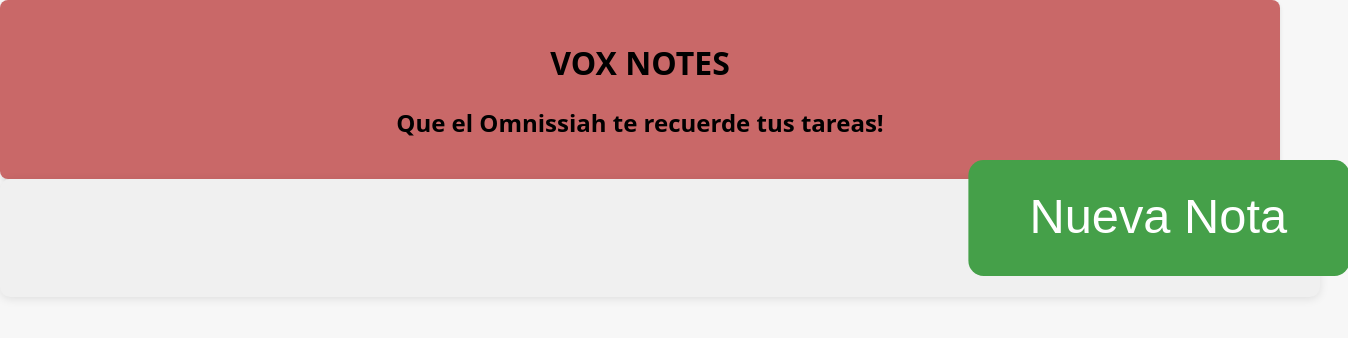
Repository: xunxuno/aplicacion_web_notas
Page: / (app in notas_web_app/)
An editor plug-in stored every save of this project. The page is shown before and after the next save, followed by the edit.
The browser window is 1280 px wide. The page is 1348 px wide, then 1320 px, so the pictures cover 1348 px, including what lies to the right of the window. The pictures show the whole page.
The pointer rests on the first visible `.add-note-button`.
The project was rebuilt for these pictures with package versions that can differ from the ones it lists, and the page was loaded fresh each time. Also part of the build but not shown: notas_web_app/vite.config.ts, notas_web_app/src/components/Note.tsx, notas_web_app/src/components/NoteCollection.tsx, notas_web_app/src/components/NoteModal.tsx.

Above is the page before, as saved 2024-10-03 12:42:16.

### notas_web_app/src/main.tsx
import React from 'react';
import ReactDOM from 'react-dom/client'; // Cambiado a ReactDOM para el nuevo root API
import App from './App';
import { NotesProvider } from './contexts/NotesContext';
import './styles.css';

ReactDOM.createRoot(document.getElementById('root')!).render(
  <React.StrictMode>
    <NotesProvider>
      <App />
    </NotesProvider>
  </React.StrictMode>,
);

### notas_web_app/src/App.tsx
// src/App.tsx
import React, { useState, useContext, useEffect } from 'react';
import { NotesProvider, NotesContext } from './contexts/NotesContext';
import NoteCollection from './components/NoteCollection';
import NoteModal from './components/NoteModal';
import './styles.css';
import AppBar from './components/AppBar';
import { DndProvider } from 'react-dnd';
import { HTML5Backend } from 'react-dnd-html5-backend';

interface Note {
  id: string;
  title: string;
  content: string;
  collectionId: string;
}

interface NoteCollectionInterface {
  id: string;
  notes: Note[];
}

const App: React.FC = () => {
  const [isModalOpen, setModalOpen] = useState(false);
  const [activeCollectionId, setActiveCollectionId] = useState<string | null>(null);
  const { state, dispatch } = useContext(NotesContext);

  useEffect(() => {
    console.log("Actualización de colecciones:");
    state.collections.forEach((collection: NoteCollectionInterface) => {
      console.log(`Notas en la colección ${collection.id}:`);
      collection.notes.forEach((n: Note) => {
        console.log(`Nota ID: ${n.id}, Título: ${n.title}, Contenido: ${n.content}`);
      });
    });
  }, [state.collections]);

  const handleAddNote = (note: Omit<Note, 'id'>) => {
    // Usa el ID de colección disponible en el estado
    const collectionIdToUse = state.nextCollectionId.toString();

    // Crea la nota con el ID de colección y luego incrementa el siguiente ID
    dispatch({
      type: 'ADD_NOTE',
      payload: { collectionId: collectionIdToUse, note },
    });

    // Incrementa el ID de colección para la próxima nota
    dispatch({ type: 'INCREMENT_COLLECTION_ID' });

    setModalOpen(false);
  };

  const handleOpenModal = () => {
    if (state.collections.length === 0) {
      setActiveCollectionId(null);
    } else {
      setActiveCollectionId(state.collections[0].id);
    }
    setModalOpen(true);
  };

  return (
    <NotesProvider>
      <DndProvider backend={HTML5Backend}>
        <AppBar />
        <div className="app-container">
          <div className="button-container">
            <button className="add-note-button" onClick={handleOpenModal}>
              Nueva Nota
            </button>
          </div>

          <div className="collections-container">
            {state.collections.map((collection: NoteCollectionInterface) => (
              <NoteCollection
                key={collection.id}
                collection={collection}
                onNoteClick={(noteId) => {
                  console.log("Nota ID:", noteId);
                }}
                onCollectionClick={() => setActiveCollectionId(collection.id)}
                onNoteMove={(noteId, targetCollectionId) => {
                  dispatch({ type: 'MOVE_NOTE', payload: { noteId, targetCollectionId } });
                }}
                onDelete={(noteId) => {
                  dispatch({ type: 'DELETE_NOTE', payload: { noteId } });
                }}
              />
            ))}
          </div>

          {isModalOpen && (
            <NoteModal
              onClose={() => setModalOpen(false)}
              onAddNote={handleAddNote}
              activeCollectionId={activeCollectionId!}
            />
          )}
        </div>
      </DndProvider>
    </NotesProvider>
  );
};

export default App;

### notas_web_app/src/contexts/NotesContext.tsx
import React, { createContext, useReducer, ReactNode } from 'react';

interface Note {
  id: string;
  title: string;
  content: string;
}


interface NoteCollectionInterface {
  id: string; // ID de la colección, generado de manera secuencial
  notes: Note[]; // Lista de notas en la colección
}

interface NotesState {
  collections: NoteCollectionInterface[];
  nextNoteId: number; // Para los IDs de las notas
  nextCollectionId: number; // Para los IDs de las colecciones
}



interface AddNoteAction {
  type: 'ADD_NOTE';
  payload: {
    collectionId: string;
    note: Note;
  };
}

interface DeleteNoteAction {
  type: 'DELETE_NOTE';
  payload: {
    collectionId: string;
    noteId: string;
  };
}

interface MoveNoteAction {
  type: 'MOVE_NOTE';
  payload: {
    noteId: string;
    targetCollectionId: string;
  };
}
type NotesAction = AddNoteAction | DeleteNoteAction | MoveNoteAction;

const initialState: NotesState = {
  collections: [],
  nextNoteId: 1, // Empieza desde 1 para el ID de notas
  nextCollectionId: 1, // Empieza desde 1 para el ID de colecciones
};



const NotesContext = createContext<any>(null);

// Reducer para manejar las acciones
const notesReducer = (state: NotesState, action: NotesAction): NotesState => {
  switch (action.type) {
    case 'ADD_NOTE':
      const newNoteId = state.nextNoteId; // ID de la nueva nota
      const collectionId = action.payload.collectionId || state.nextCollectionId.toString();

      // Verificar si la colección ya existe
      const collectionExists = state.collections.some(collection => collection.id === collectionId);

      const updatedCollections = collectionExists
        ? state.collections.map(collection => {
            if (collection.id === collectionId) {
              const newNote = {
                ...action.payload.note,
                id: newNoteId.toString(), // Asigna el nuevo ID a la nota
              };
              return {
                ...collection,
                notes: [...collection.notes, newNote],
              };
            }
            return collection;
          })
        : [
            ...state.collections,
            {
              id: state.nextCollectionId.toString(), // Crea una nueva colección con ID secuencial
              notes: [
                {
                  ...action.payload.note,
                  id: newNoteId.toString(), // Asigna el nuevo ID a la nota
                  collectionId: state.nextCollectionId.toString(), // Asigna el ID de colección a la nota
                },
              ],
            },
          ];

      return {
        ...state,
        collections: updatedCollections,
        nextNoteId: state.nextNoteId + 1, // Incrementa el ID de la nota
        nextCollectionId: state.nextCollectionId + 1, // Incrementa el ID de la colección para la próxima
      };
    case 'DELETE_NOTE':
      return {
        ...state,
        collections: state.collections.map(collection => ({
          ...collection,
          notes: collection.notes.filter(note => note.id !== action.payload.noteId),
        })),
      };
      case 'MOVE_NOTE': {
        const { noteId, targetCollectionId } = action.payload;

        const sourceCollection = state.collections.find((collection) =>
          collection.notes.find((note) => note.id === noteId)
        );

        if (sourceCollection) {
          // Remover la nota de la colección de origen
          sourceCollection.notes = sourceCollection.notes.filter((note) => note.id !== noteId);

          // Agregar la nota a la colección de destino
          const targetCollection = state.collections.find(
            (collection) => collection.id === targetCollectionId
          );

          if (targetCollection) {
            const noteToMove = sourceCollection.notes.find((note) => note.id === noteId);
            if (noteToMove) {
              targetCollection.notes.push(noteToMove);
            }
          }
        }
        return { ...state, collections: [...state.collections] };
      }
      default:
        return state;
  }
};


// Proveedor del contexto con soporte para 'children'
interface NotesProviderProps {
  children: ReactNode; // Definir el tipo de la prop 'children'
}

const NotesProvider: React.FC<NotesProviderProps> = ({ children }) => {
  const [state, dispatch] = useReducer(notesReducer, initialState);

  return (
    <NotesContext.Provider value={{ state, dispatch }}>
      {children}
    </NotesContext.Provider>
  );
};

export { NotesContext, NotesProvider, notesReducer };

### notas_web_app/src/styles.css
body {
    font-family: 'Noto Sans', sans-serif;
    background-color: #f7f7f7;
    margin: 0;
    padding: 0;
    color: #000;
  }


/* Estilo para el contenedor principal de la aplicación */
.app-container {
  width: 100%; /* Ancho máximo */
  margin: 0 auto; /* Centrar el contenedor */
  padding: 20px; /* Espaciado interno */
  background-color: #f0f0f0; /* Color de fondo claro */
  border-radius: 10px; /* Bordes redondeados */
  box-shadow: 0 2px 10px rgba(0, 0, 0, 0.1); /* Sombra sutil */
}

/* Estilo para el botón de agregar nota */
.add-note-button {
  background-color: #4CAF50; /* Color de fondo verde */
  color: white; /* Color del texto */
  padding: 10px 20px; /* Espaciado interno */
  border: none; /* Sin borde */
  border-radius: 5px; /* Bordes redondeados */
  cursor: pointer; /* Cambia el cursor al pasar sobre el botón */
  margin-bottom: 20px; /* Espacio debajo del botón */
  font-size: 16px; /* Tamaño de fuente */
  transition: background-color 0.3s, transform 0.3s; /* Transición para el color de fondo y zoom */
  /* Ajustes para centrar el botón */
  margin-left: auto; /* Empuja el botón a la derecha */
  margin-right: 60px; /* Margen a la derecha para no pegarse al borde */
}

/* Efecto hover para el botón de agregar nota */
.add-note-button:hover {
  background-color: #45a049; /* Color de fondo más oscuro al pasar el mouse */
  transform: scale(3.05); /* Efecto de zoom al pasar el mouse */
}


.collection-container {
  display: grid; /* Usar grid para organizar las notas */
  grid-template-columns: repeat(4, 1fr); /* 4 columnas */
  gap: 20px; /* Espacio entre notas */
}

/* Estilo para el contenedor de cada colección */
.collection {
  padding: 10px;
  background-color: #f0f0f0;
  margin-bottom: 20px;
  border-radius: 5px; /* Bordes redondeados para la colección */
  display: inline-block; /* Cambiado de block a inline-block para que solo ocupe el ancho necesario */
  width: auto; /* Permitir que el ancho se ajuste al contenido */
}

.button-container {
  display: flex; /* Usar flexbox para alinear los elementos */
  justify-content: flex-end; /* Alinear los elementos al final (derecha) */
  margin-bottom: 20px; /* Margen inferior para separar del siguiente elemento */
  padding: 0 20px; /* Espaciado interno a la izquierda y derecha */
  /* Esto asegura que el botón no se salga del borde */
}



.note {
  width: 200px; /* Ancho fijo de la nota */
  height: 150px; /* Alto fijo de la nota */
  margin-left: 20px;
  padding: 15px; /* Espaciado interno */
  border: 1px solid #ccc; /* Color de borde gris claro */
  border-radius: 5px; /* Bordes redondeados */
  background-color: #fffbcc; /* Color de fondo amarillo claro */
  box-shadow: 0 2px 5px rgba(0, 0, 0, 0.1); /* Sombra ligera */
  display: flex; /* Flexbox para permitir contenido interno */
  flex-direction: column; /* Organizar el contenido en columnas */
  justify-content: space-between; /* Espaciado entre elementos internos */
  overflow: hidden; /* Ocultar el contenido que se desborda */
  transition: transform 0.3s ease; /* Efecto de transición para el zoom */
}

.note:hover {
  transform: scale(1.3); /* Efecto de zoom al pasar el mouse */
}



/* Estilo para el título de la nota */
.note-title {
  font-weight: bold; /* Hacer el título más grueso */
  margin-bottom: 10px; /* Espacio debajo del título */
  font-size: 18px; /* Tamaño de fuente del título */
}

/* Estilo para el contenido de la nota */
.note-content {
  flex-grow: 1; /* Permitir que el contenido ocupe el espacio disponible */
  font-size: 14px; /* Tamaño de fuente del contenido */
  overflow: auto; /* Permitir desplazamiento si hay mucho texto */
  max-height: 100px; /* Ajusta la altura máxima según sea necesario */
  overflow-wrap: break-word; /* Permitir que las palabras largas se dividan */
  word-wrap: break-word; /* Compatibilidad con navegadores más antiguos */
  white-space: normal; /* Permitir que el texto use varias líneas */
}

/* Estilo para el botón de eliminar */
.delete-button {
  background-color: #ff4d4d; /* Color de fondo rojo */
  color: white; /* Color del texto */
  border: none; /* Sin borde */
  border-radius: 5px; /* Bordes redondeados */
  cursor: pointer; /* Cambia el cursor al pasar sobre el botón */
  padding: 5px 10px; /* Espaciado interno */
  font-size: 14px; /* Tamaño de fuente */
}


/* Estilo para el fondo del modal */
.modal-background {
  position: fixed; /* Fijar el fondo para cubrir toda la pantalla */
  top: 0;
  left: 0;
  width: 100%; /* Ancho completo */
  height: 100%; /* Altura completa */
  background-color: rgba(0, 0, 0, 0.5); /* Fondo oscuro con opacidad */
  display: flex; /* Usar flexbox para centrar el contenido */
  justify-content: center; /* Centrar horizontalmente */
  align-items: center; /* Centrar verticalmente */
  z-index: 1000; /* Asegurar que el modal esté por encima de otros elementos */
}

/* Estilo para el contenedor del modal */
.modal-content {
  position: fixed; /* Mantiene el modal en una posición fija */
  top: 50%; /* Centra verticalmente */
  left: 50%; /* Centra horizontalmente */
  transform: translate(-50%, -50%); /* Ajusta para centrar completamente */
  background-color: #fff; /* Color de fondo blanco */
  padding: 20px; /* Espaciado interno */
  border-radius: 10px; /* Bordes redondeados */
  box-shadow: 0 2px 10px rgba(0, 0, 0, 0.2); /* Sombra */
  z-index: 1000; /* Asegura que esté por encima de otros elementos */
}

/* Estilo para los inputs del modal */
.modal-content input,
.modal-content textarea {
  width: 100%; /* Ancho completo */
  padding: 10px; /* Espaciado interno */
  margin: 10px 0; /* Margen superior e inferior */
  border: 1px solid #ccc; /* Borde gris claro */
  border-radius: 5px; /* Bordes redondeados */
  box-sizing: border-box; /* Asegura que el padding no aumente el tamaño total */
}

/* Estilo para los botones del modal */
.modal-content button {
  background-color: #4CAF50; /* Color de fondo verde */
  color: white; /* Color del texto */
  padding: 10px 15px; /* Espaciado interno */
  border: none; /* Sin borde */
  border-radius: 5px; /* Bordes redondeados */
  cursor: pointer; /* Cambia el cursor al pasar sobre el botón */
  margin-right: 10px; /* Espacio entre botones */
  transition: background-color 0.3s; /* Transición para el color de fondo */
}

.modal-content button:hover {
  background-color: #45a049; /* Color más oscuro al pasar el mouse */
}
/* Estilo para el botón de cancelar en el modal */
.modal-content .cancel-button {
  background-color: #f44336; /* Color de fondo rojo */
  color: white; /* Color del texto */
  padding: 10px 15px; /* Espaciado interno */
  border: none; /* Sin borde */
  border-radius: 5px; /* Bordes redondeados */
  cursor: pointer; /* Cambia el cursor al pasar sobre el botón */
  margin-right: 10px; /* Espacio entre botones */
  transition: background-color 0.3s; /* Transición para el color de fondo */
}

.modal-content .cancel-button:hover {
  background-color: #d32f2f; /* Color más oscuro al pasar el mouse */
}

@media (max-width: 768px) {
  .collection-container {
    grid-template-columns: repeat(2, 1fr);
  }
}

/* Para pantallas muy pequeñas, 1 columna */
@media (max-width: 480px) {
  .collection-container {
    grid-template-columns: 1fr;
  }
}

### notas_web_app/src/components/AppBar.tsx
// AppBar.tsx
import React from 'react';

const AppBar: React.FC = () => {
  const appBarStyle = {
    backgroundColor: '#C96868', // Color pastel
    borderRadius: '8px',
    margin: '0',
    padding: '20px',
    boxShadow: '0 2px 4px rgba(0, 0, 0, 0.1)', // Agregar sombra para mayor profundidad
  };

  return (
    <div style={appBarStyle}>
  <h1
    style={{
      textAlign: 'center',
      transition: 'transform 0.3s ease',
      cursor: 'pointer'
    }}
    onMouseOver={(e) => e.currentTarget.style.transform = 'scale(2.2)'}
    onMouseOut={(e) => e.currentTarget.style.transform = 'scale(1)'}
  >
    VOX NOTES
  </h1>
  <h2 style={{ textAlign: 'center' }}>Que el Omnissiah te recuerde tus tareas!</h2>
</div>
  );
};

export default AppBar;

Loaded but not shown: notas_web_app/index.html (common file)

After the next save:
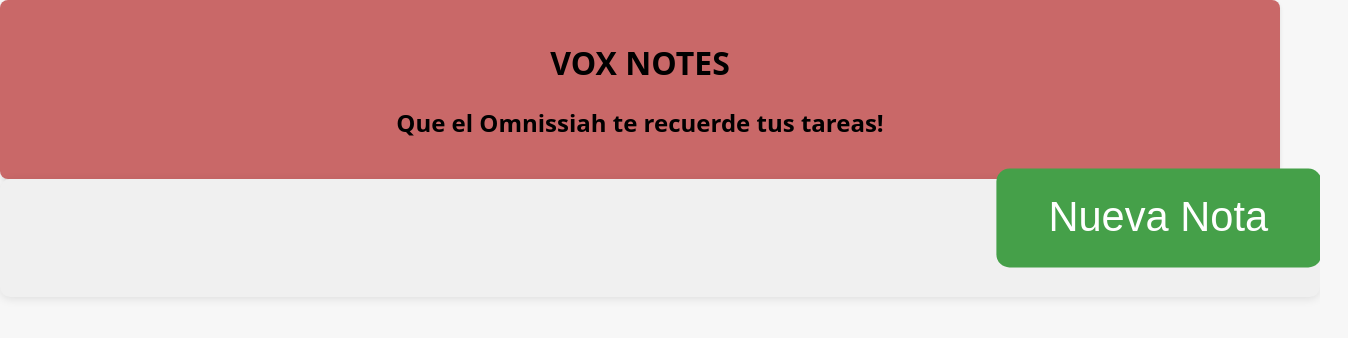
Saved 9 s later.
--- a/notas_web_app/src/styles.css
+++ b/notas_web_app/src/styles.css
@@ -36,7 +36,7 @@ body {
 /* Efecto hover para el botón de agregar nota */
 .add-note-button:hover {
   background-color: #45a049; /* Color de fondo más oscuro al pasar el mouse */
-  transform: scale(3.05); /* Efecto de zoom al pasar el mouse */
+  transform: scale(2.6); /* Efecto de zoom al pasar el mouse */
 }
 
 
